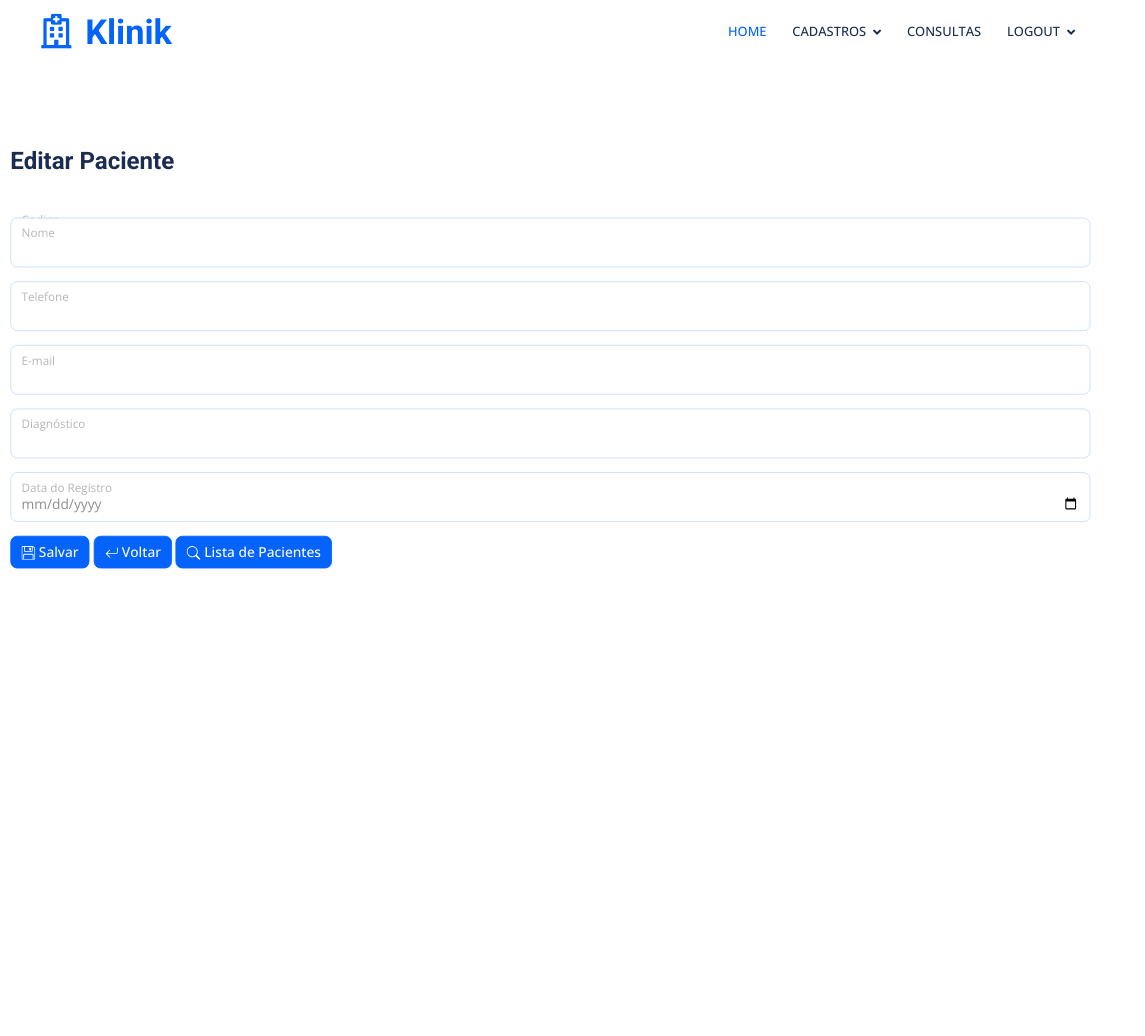
Repository: henrickrufino91/AgendaConsultas
Page: http://localhost/paciente/editarPaciente
The author's editor kept a copy of each file at every save. The page is drawn from the files as they stood at one save, then again after the next save.
The browser window is 1280 px wide. The page is 1331 px wide, so the pictures cover 1331 px, including what lies to the right of the window. The pictures show the whole page, at 86% of full size.
Some web libraries are served in a nearby version. The page is this project's Thymeleaf template; nobody is signed in. The template is opened directly, without the code that normally fills it, so the values that code supplies are empty.

Above is the page before, as saved 2024-12-27 18:23:34.

After the next save:
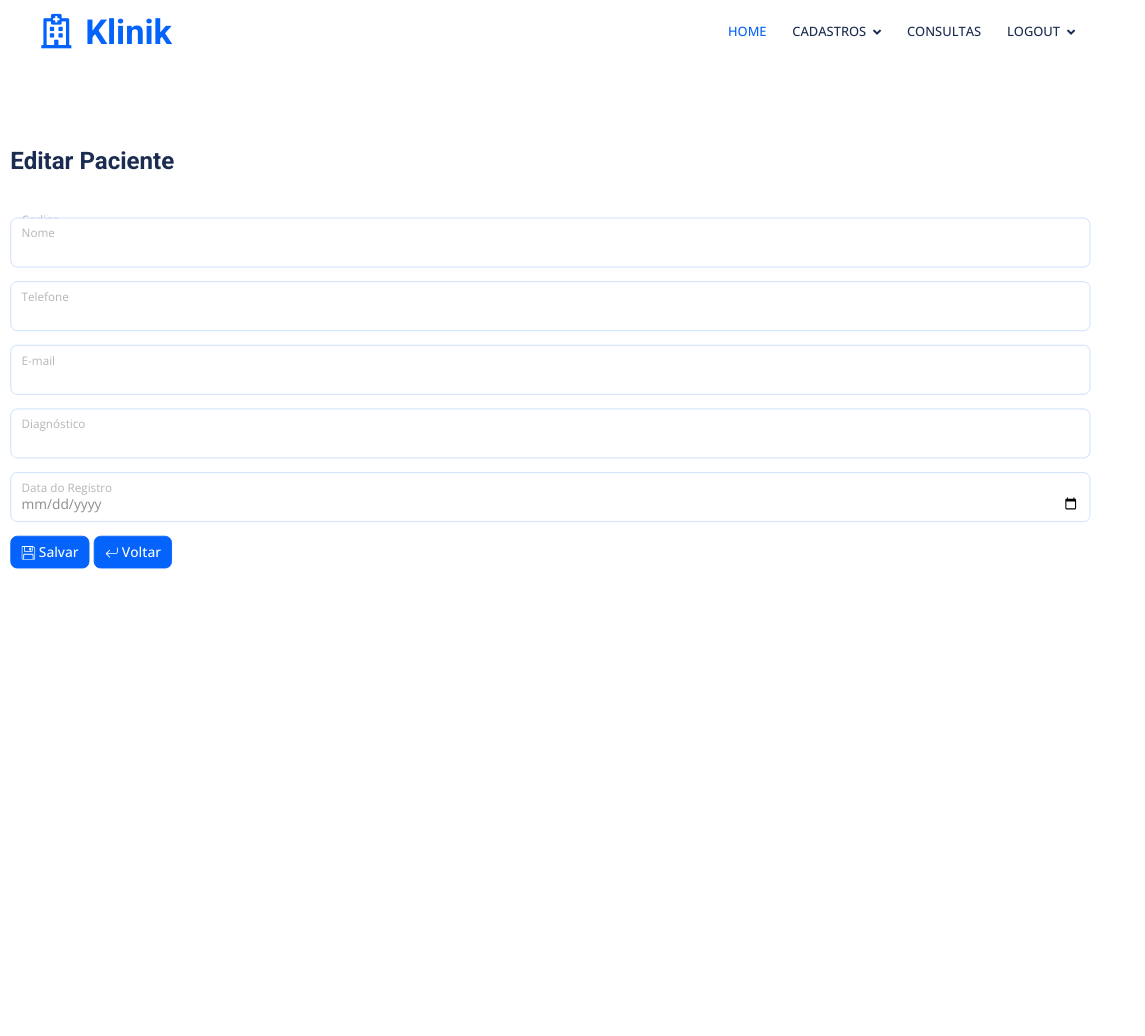
Saved 7 min 19 s later.
--- a/clinica/src/main/resources/templates/paciente/editarPaciente.html
+++ b/clinica/src/main/resources/templates/paciente/editarPaciente.html
@@ -150,15 +150,9 @@
 											</svg>  Salvar</button>
 
 
-                                            <a class="btn btn-primary" th:href="@{/index}"><svg xmlns="http://www.w3.org/2000/svg" width="16" height="16" fill="currentColor" class="bi bi-arrow-return-left" viewBox="0 0 16 16">
+                                            <a class="btn btn-primary" th:href="@{/listarPacientes}"><svg xmlns="http://www.w3.org/2000/svg" width="16" height="16" fill="currentColor" class="bi bi-arrow-return-left" viewBox="0 0 16 16">
   											<path fill-rule="evenodd" d="M14.5 1.5a.5.5 0 0 1 .5.5v4.8a2.5 2.5 0 0 1-2.5 2.5H2.707l3.347 3.346a.5.5 0 0 1-.708.708l-4.2-4.2a.5.5 0 0 1 0-.708l4-4a.5.5 0 1 1 .708.708L2.707 8.3H12.5A1.5 1.5 0 0 0 14 6.8V2a.5.5 0 0 1 .5-.5"/>
 											</svg> Voltar</a>
-
-											<a class="btn btn-primary" th:href="@{/listarPacientes}"><svg xmlns="http://www.w3.org/2000/svg" width="16" height="16" fill="currentColor" class="bi bi-search" viewBox="0 0 16 16">
-  											<path d="M11.742 10.344a6.5 6.5 0 1 0-1.397 1.398h-.001q.044.06.098.115l3.85 3.85a1 1 0 0 0 1.415-1.414l-3.85-3.85a1 1 0 0 0-.115-.1zM12 6.5a5.5 5.5 0 1 1-11 0 5.5 5.5 0 0 1 11 0"/>
-											</svg> Lista de Pacientes</a>
-
-
 
                                             </div>
 
